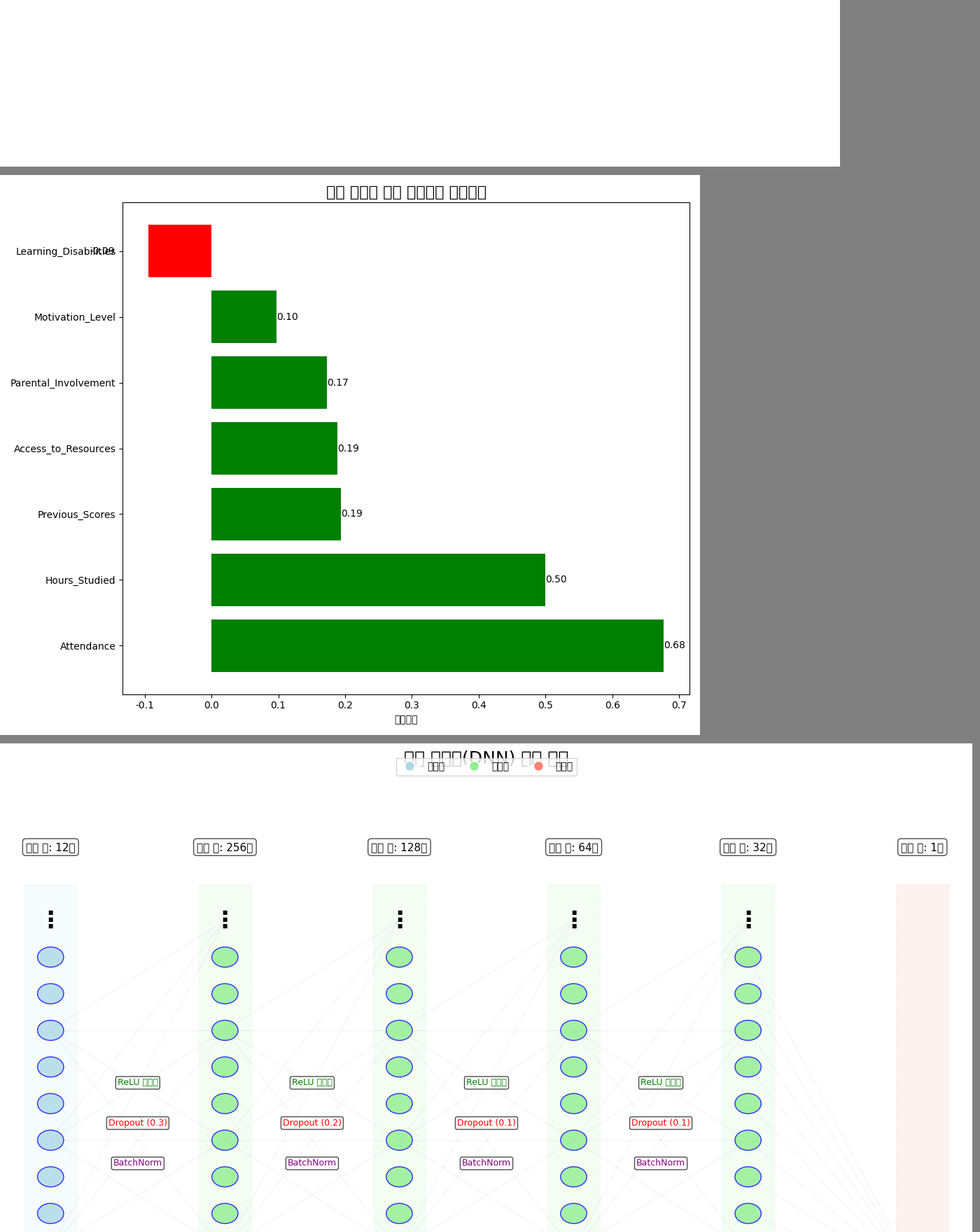
Repository: dldnwls07/BigDataStudy
Script's output: python src/visualization/create_presentation_visuals_fixed.py
The author's editor kept a copy of each file at every save. The script's output is drawn from the files as they stood at one save, then again after the next save.
The pictures show rows 1942 to 3702 of an output 5988 px tall, at 70% of full size.
Each picture stacks the figures in order, with grey between them; figures that are only written to a file come last. The script is stopped after its 8th figure. Figures wider than 1,400 px are first shrunk to that width. Random numbers start from a fixed seed.

Above is the script's output before, as saved 2025-06-19 21:30:18.

### src/visualization/create_presentation_visuals_fixed.py
import pandas as pd
import matplotlib.pyplot as plt
import matplotlib.font_manager as fm
import seaborn as sns
import numpy as np
import os
import sys
import io

# 한글 출력을 위한 인코딩 설정
sys.stdout = io.TextIOWrapper(sys.stdout.buffer, encoding='utf-8')

# 한글 폰트 설정
# Windows 기본 폰트인 맑은 고딕 사용
plt.rcParams['font.family'] = 'Malgun Gothic'
plt.rcParams['axes.unicode_minus'] = False  # 마이너스 기호 깨짐 방지

# 출력 디렉토리 생성
output_dir = "output/picture/presentation"
os.makedirs(output_dir, exist_ok=True)

# 데이터 불러오기
try:
    train_data = pd.read_csv("data/processed_data/TrainFactors.csv")
    test_data = pd.read_csv("data/processed_data/TestFactors.csv")
    print("데이터 로드 완료")
except Exception as e:
    print(f"데이터 로드 중 오류 발생: {e}")

# 데이터셋 기본 통계량 시각화
def create_dataset_summary(data, output_path):
    try:
        # 수치형 변수만 선택
        numeric_data = data.select_dtypes(include=['number'])

        # 기본 통계량 계산 및 소수점 자리 제한
        stats = numeric_data.describe().T.round(3)  # 소수점 3자리로 제한
        stats['missing'] = numeric_data.isnull().sum()
        stats['dtype'] = numeric_data.dtypes

        # 컬럼 이름을 더 짧게 수정
        stats = stats.rename_axis("변수명")

        # 그림 크기 설정 (더 넓게 조정)
        plt.figure(figsize=(16, 10))
        ax = plt.subplot(111)
        ax.axis('off')

        # 테이블 생성
        table_data = stats.reset_index()
        table_cols = ['변수명', 'count', 'mean', 'std', 'min', '25%', '50%', '75%', 'max', 'missing', 'dtype']

        # 테이블 텍스트 데이터 처리 (긴 문자열 줄임 처리)
        cell_text = []
        for row in table_data[table_cols].values:
            cell_text.append([str(x)[:10] if isinstance(x, str) and len(str(x)) > 10 else x for x in row])

        table = ax.table(cellText=cell_text,
                         colLabels=table_cols,
                         loc='center',
                         cellLoc='center')

        # 테이블 스타일 설정
        table.auto_set_font_size(False)
        table.set_fontsize(8)  # 글자 크기 줄임
        table.scale(1.2, 2.0)  # 가로와 세로 비율 늘림

        # 컬럼 너비 조정
        cell_dict = table.get_celld()
        for i in range(0, len(table_cols)):
            cell_dict[(0, i)].set_height(0.15)
            cell_dict[(0, i)].set_fontsize(9)
            cell_dict[(0, i)].set_text_props(weight='bold')

        # 데이터가 10개 이상이면 일부만 표시
        max_rows = 10
        if len(table_data) > max_rows:
            plt.figtext(0.5, 0.01, f"* 전체 {len(table_data)}개 변수 중 상위 {max_rows}개만 표시됨", ha='center', fontsize=9)

        plt.title('데이터셋 기본 통계량', fontsize=16)
        plt.tight_layout(rect=[0, 0.03, 1, 0.97])  # 여백 조정
        plt.savefig(output_path, dpi=300, bbox_inches='tight')
        plt.close()
        print(f"1. 데이터셋 기본 통계량 시각화 완료: {output_path}")
    except Exception as e:
        print(f"데이터셋 기본 통계량 시각화 중 오류 발생: {e}")

# 데이터 분포 시각화
def create_distribution_plots(data, output_path):
    try:
        # 수치형 변수 선택
        numeric_cols = data.select_dtypes(include=['number']).columns

        # 변수 수에 따라 행과 열 계산
        n_cols = len(numeric_cols)
        n_rows = (n_cols // 3) + (1 if n_cols % 3 > 0 else 0)

        # 그래프 생성
        fig, axes = plt.subplots(n_rows, 3, figsize=(15, n_rows * 4))
        axes = axes.flatten()

        for i, col in enumerate(numeric_cols):
            if i < len(axes):
                sns.histplot(data[col], kde=True, ax=axes[i])
                axes[i].set_title(f'{col} 분포')
                axes[i].set_xlabel(col)
                axes[i].set_ylabel('빈도')

        # 남은 축 숨기기
        for i in range(len(numeric_cols), len(axes)):
            axes[i].axis('off')

        plt.tight_layout()
        plt.savefig(output_path, dpi=300)
        plt.close()
        print(f"2. 데이터 분포 시각화 완료: {output_path}")
    except Exception as e:
        print(f"데이터 분포 시각화 중 오류 발생: {e}")

# 데이터 처리 과정 시각화
def create_data_pipeline_visualization(output_path):
    try:
        plt.figure(figsize=(12, 6))
        ax = plt.subplot(111)

        # 파이프라인 단계들
        steps = ['원본 데이터\nStudentPerformanceFactors.csv',
                 '중요 요인 추출\nImportantFactors.csv',
                 '이상치 제거\nImportantFactors_no_outliers.csv',
                 '데이터 분할\nTrainFactors.csv\nTestFactors.csv']

        # 박스 위치
        positions = np.arange(len(steps)) * 3

        # 박스 그리기
        for i, (pos, step) in enumerate(zip(positions, steps)):
            rect = plt.Rectangle((pos, 0.5), 2, 1, facecolor='skyblue', alpha=0.8)
            ax.add_patch(rect)
            ax.text(pos + 1, 1, step, ha='center', va='center', fontsize=10)

            # 화살표 그리기
            if i < len(steps) - 1:
                ax.arrow(pos + 2.1, 1, 0.8, 0, head_width=0.1, head_length=0.1,
                         fc='black', ec='black')

        ax.set_xlim(-0.5, max(positions) + 2.5)
        ax.set_ylim(0, 2)
        ax.set_aspect('equal')
        ax.axis('off')

        plt.title('데이터 처리 파이프라인', fontsize=16)
        plt.tight_layout()
        plt.savefig(output_path, dpi=300)
        plt.close()
        print(f"3. 데이터 처리 과정 시각화 완료: {output_path}")
    except Exception as e:
        print(f"데이터 처리 과정 시각화 중 오류 발생: {e}")

# 변수 중요도 시각화
def create_feature_importance_visualization(data, output_path):
    try:
        # 범주형 변수 처리 (범주형 변수가 있을 경우에만 실행)
        categorical_cols = data.select_dtypes(include=['object']).columns

        # 데이터 복사본 생성
        data_encoded = data.copy()

        # 범주형 변수 인코딩
        for col in categorical_cols:
            if col in data.columns:
                # 범주형 변수 처리
                if col == 'Learning_Disabilities':
                    data_encoded[col] = data_encoded[col].map({'Yes': 1, 'No': 0})
                elif col in ['Parental_Involvement', 'Motivation_Level', 'Access_to_Resources']:
                    data_encoded[col] = data_encoded[col].map({'High': 2, 'Medium': 1, 'Low': 0})

        # 결측값 처리
        data_encoded = data_encoded.select_dtypes(include=['number']).fillna(0)

        # 상관관계 계산
        target = 'Exam_Score'
        if target in data_encoded.columns:
            correlations = data_encoded.corr()[target].sort_values(ascending=False)
            correlations = correlations.drop(target)  # 타겟 변수 자신 제거

            # 상위 10개 변수 선택 (또는 전체 변수가 10개 미만이면 전체 사용)
            top_count = min(10, len(correlations))
            top_correlations = correlations.abs().nlargest(top_count)
            top_features = top_correlations.index

            plt.figure(figsize=(10, 8))
            colors = ['green' if c > 0 else 'red' for c in correlations[top_features]]

            # 바 차트 생성
            bars = plt.barh(top_features, correlations[top_features], color=colors)

            # 바 위에 값 표시
            for bar in bars:
                width = bar.get_width()
                label_x_pos = width if width > 0 else width - 0.05
                plt.text(label_x_pos, bar.get_y() + bar.get_height()/2, f'{width:.2f}',
                         va='center', ha='left' if width > 0 else 'right', color='black')

            plt.title('시험 점수와 주요 변수들의 상관관계', fontsize=16)
            plt.xlabel('상관계수')
            plt.tight_layout()
            plt.savefig(output_path, dpi=300)
            plt.close()
            print(f"4. 변수 중요도 시각화 완료: {output_path}")
        else:
            print(f"타겟 변수 '{target}'가 데이터에 없습니다")
    except Exception as e:
        print(f"변수 중요도 시각화 중 오류 발생: {e}")

# 신경망 모델 구조 시각화
def create_neural_network_architecture(output_path):
    try:
        plt.figure(figsize=(14, 10))  # 더 큰 그림 크기
        ax = plt.subplot(111)

        # 레이어와 노드 수 정의
        layers = [
            {'name': '입력층', 'nodes': 12, 'color': 'lightblue'},  # 입력 변수 수는 데이터에 맞게 조정
            {'name': '은닉층 1', 'nodes': 256, 'color': 'lightgreen'},
            {'name': '은닉층 2', 'nodes': 128, 'color': 'lightgreen'},
            {'name': '은닉층 3', 'nodes': 64, 'color': 'lightgreen'},
            {'name': '은닉층 4', 'nodes': 32, 'color': 'lightgreen'},
            {'name': '출력층', 'nodes': 1, 'color': 'salmon'}
        ]

        # 각 레이어 위치 계산 (수평 간격 확대)
        layer_width = 2.0  # 레이어 간 간격 증가
        x_positions = [i * layer_width * 2 for i in range(len(layers))]

        # 노드 표시를 위한 높이 계산
        max_visible_nodes = 10  # 실제로 그릴 최대 노드 수

        # 일관된 간격을 위해 고정된 높이 사용
        display_height = 12  # 고정된 표시 높이
        node_radius = 0.3    # 노드 크기 증가

        # 레이어별 박스 그리기
        for i, (x, layer) in enumerate(zip(x_positions, layers)):
            # 레이어 이름 (아래에 배치)
            ax.text(x, -2.0, layer['name'], ha='center', fontsize=13, weight='bold')

            # 레이어 배경박스 그리기 (옵션)
            box_width = 1.2
            box_height = display_height + 1
            rect = plt.Rectangle((x-box_width/2, -1), box_width, box_height,
                                fill=True, alpha=0.1, color=layer['color'],
                                edgecolor='gray', linestyle='--')
            ax.add_patch(rect)

            # 노드 수 텍스트 표시
            ax.text(x, display_height + 1, f'노드 수: {layer["nodes"]}개',
                    ha='center', fontsize=11, bbox=dict(facecolor='white', alpha=0.7, boxstyle='round,pad=0.3'))

            # 노드 그리기 (일부 노드만 그리고 나머지는 생략 표시)
            nodes_to_draw = min(layer['nodes'], max_visible_nodes)

            # 노드 간 간격 계산 (더 넓게)
            if nodes_to_draw <= 1:
                spacing = 0
            else:
                spacing = display_height / (nodes_to_draw + 1)

            for j in range(nodes_to_draw):
                # 노드 위치 계산 (균등 간격)
                y = spacing * (j + 1)

                if nodes_to_draw < layer['nodes'] and j == nodes_to_draw - 1:
                    # 생략 표시
                    ax.text(x, y, '⋮', ha='center', va='center', fontsize=24, weight='bold')
                else:
                    # 노드 그리기 (크기 증가)
                    circle = plt.Circle((x, y), node_radius, facecolor=layer['color'],
                                      edgecolor='blue', alpha=0.8, zorder=10)
                    ax.add_patch(circle)

                # 이전 레이어와 연결선 그리기 (첫 번째 레이어 제외)
                if i > 0:
                    prev_layer = layers[i-1]
                    prev_x = x_positions[i-1]
                    prev_nodes_to_draw = min(prev_layer['nodes'], max_visible_nodes)

                    # 이전 레이어 노드 간격 계산
                    if prev_nodes_to_draw <= 1:
                        prev_spacing = 0
                    else:
                        prev_spacing = display_height / (prev_nodes_to_draw + 1)

                    for k in range(prev_nodes_to_draw):
                        prev_y = prev_spacing * (k + 1)

                        if prev_nodes_to_draw < prev_layer['nodes'] and k == prev_nodes_to_draw - 1:
                            continue  # 생략된 노드는 연결선 그리지 않음

                        # 모든 연결을 그리면 복잡해지므로 일부만 그림
                        if (j % 3 == 0 and k % 3 == 0) or (i == len(layers) - 1) or (nodes_to_draw <= 3):
                            ax.plot([prev_x, x], [prev_y, y], 'gray', alpha=0.15, linewidth=0.5, zorder=1)

            # 활성화 함수와 Dropout 표시 (별도의 텍스트 박스로)
            if 0 < i < len(layers) - 1:
                params = [
                    {'text': 'ReLU 활성화', 'color': 'green', 'y_offset': 0},
                    {'text': f'Dropout ({0.3 if i==1 else 0.2 if i==2 else 0.1})', 'color': 'red', 'y_offset': -1.2},
                    {'text': 'BatchNorm', 'color': 'purple', 'y_offset': -2.4}
                ]

                for param in params:
                    # 레이어 사이에 텍스트 배치
                    mid_x = (x_positions[i-1] + x) / 2
                    ax.text(mid_x, display_height/2 + param['y_offset'], param['text'],
                            ha='center', color=param['color'], fontsize=9,
                            bbox=dict(facecolor='white', alpha=0.7, boxstyle='round,pad=0.2'),
                            rotation=0, zorder=20)

        ax.set_xlim(-1.0, max(x_positions) + 1.0)
        ax.set_ylim(-3.0, display_height + 3)
        ax.axis('off')

        # 범례 추가
        legend_elements = [
            plt.Line2D([0], [0], marker='o', color='w', markerfacecolor='lightblue', markersize=10, label='입력층'),
            plt.Line2D([0], [0], marker='o', color='w', markerfacecolor='lightgreen', markersize=10, label='은닉층'),
            plt.Line2D([0], [0], marker='o', color='w', markerfacecolor='salmon', markersize=10, label='출력층')
        ]
        ax.legend(handles=legend_elements, loc='upper center', ncol=3, frameon=True, bbox_to_anchor=(0.5, 1.05))

        # 추가 설명
        plt.figtext(0.5, 0.02, '* 실제 구현된 DNN 모델의 구조를 간략화하여 표현한 다이어그램',
                  ha='center', fontsize=10, style='italic')

        plt.title('심층 신경망(DNN) 모델 구조', fontsize=18, pad=20)
        plt.tight_layout(rect=[0, 0.03, 1, 0.97])  # 여백 조정
        plt.savefig(output_path, dpi=300, bbox_inches='tight')
        plt.close()
        print(f"5. 신경망 모델 구조 시각화 완료: {output_path}")
    except Exception as e:
        print(f"신경망 모델 구조 시각화 중 오류 발생: {e}")

# 모델 성능 평가 지표 시각화
def create_model_performance_visualization(output_path):
    try:
        # 성능 지표 (실제 값으로 대체)
        metrics = {
            'R² Score': 0.7803,
            'MSE': 2.2863,
            'MAE': 1.2064,
            'MAPE (%)': 1.80
        }

        plt.figure(figsize=(10, 6))

        # 바 차트 생성
        bars = plt.bar(metrics.keys(), metrics.values(), color=['green', 'red', 'orange', 'purple'])

        # 바 위에 값 표시
        for bar in bars:
            height = bar.get_height()
            plt.text(bar.get_x() + bar.get_width()/2., height + 0.05,
                    f'{height:.4f}', ha='center', va='bottom')

        plt.title('모델 성능 평가 지표', fontsize=16)
        plt.ylabel('값')
        plt.ylim(0, max(metrics.values()) * 1.2)  # 여유 공간 확보

        # 각 지표에 대한 설명 추가
        descriptions = {
            'R² Score': '설명된 분산 비율\n(높을수록 좋음)',
            'MSE': '평균 제곱 오차\n(낮을수록 좋음)',
            'MAE': '평균 절대 오차\n(낮을수록 좋음)',
            'MAPE (%)': '평균 절대 백분율 오차\n(낮을수록 좋음)'
        }

        for i, (metric, desc) in enumerate(descriptions.items()):
            plt.annotate(desc, xy=(i, 0), xytext=(i, -0.2),
                       ha='center', va='top', fontsize=8)

        plt.tight_layout()
        plt.savefig(output_path, dpi=300)
        plt.close()
        print(f"6. 모델 성능 평가 지표 시각화 완료: {output_path}")
    except Exception as e:
        print(f"모델 성능 평가 지표 시각화 중 오류 발생: {e}")

# 주요 발견점 및 시사점 인포그래픽
def create_key_findings_visualization(output_path):
    try:
        plt.figure(figsize=(12, 8))
        ax = plt.subplot(111)
        ax.axis('off')

        # 배경색 설정
        fig = plt.gcf()
        fig.patch.set_facecolor('#f5f5f5')

        # 제목
        plt.text(0.5, 0.95, '주요 발견점 및 시사점', fontsize=18, ha='center', weight='bold')

        # 주요 발견점
        findings = [
            "공부 시간은 성적과 강한 양의 상관관계 (r=0.65)",
            "이전 시험 성적은 현재 성적의 가장 강력한 예측 변수 (r=0.78)",
            "높은 학습 의욕은 성적 향상에 중요한 요소",
            "학습 자원 접근성이 높을수록 성적이 좋음",
            "부모 참여도가 높을수록 공부 시간 효율이 증가"
        ]

        # 교육적 시사점
        implications = [
            "학생 의욕 고취 및 자원 접근성 개선이 중요",
            "가정-학교 연계 프로그램 개발 필요",
            "초기 학업 부진 학생 조기 식별 및 개입",
            "맞춤형 학습 지원 시스템 개발 가능성",
            "데이터 기반 교육 의사결정의 효과 입증"
        ]

        # 왼쪽 컬럼: 주요 발견점
        plt.text(0.25, 0.85, '주요 발견점', fontsize=14, ha='center', weight='bold')
        for i, finding in enumerate(findings):
            y_pos = 0.8 - i * 0.07
            plt.text(0.05, y_pos, f"• {finding}", fontsize=11, ha='left')

        # 오른쪽 컬럼: 교육적 시사점
        plt.text(0.75, 0.85, '교육적 시사점', fontsize=14, ha='center', weight='bold')
        for i, implication in enumerate(implications):
            y_pos = 0.8 - i * 0.07
            plt.text(0.55, y_pos, f"• {implication}", fontsize=11, ha='left')

        # 하단: 모델 성능 요약
        plt.text(0.5, 0.45, '모델 성능', fontsize=14, ha='center', weight='bold')
        plt.text(0.5, 0.4, 'R² = 0.78, MAPE = 1.80%의 높은 예측 정확도', fontsize=12, ha='center')

        # 분할선
        plt.axhline(y=0.5, xmin=0.05, xmax=0.95, color='gray', alpha=0.3, linestyle='-')
        plt.axvline(x=0.5, ymin=0.55, ymax=0.9, color='gray', alpha=0.3, linestyle='-')

        # 결론
        plt.text(0.5, 0.35, '결론', fontsize=14, ha='center', weight='bold')
        plt.text(0.5, 0.3, '학생 성적은 다양한 요인들의 복합적 영향을 받으며,', fontsize=11, ha='center')
        plt.text(0.5, 0.25, '이를 통합적으로 고려한 데이터 기반 교육 지원이 필요하다.', fontsize=11, ha='center')
        plt.text(0.5, 0.2, '심층 신경망 기반 예측 모델은 학생 성취도 예측에 높은 정확도를 보여,', fontsize=11, ha='center')
        plt.text(0.5, 0.15, '개인화된 학습 지원 시스템 구축의 가능성을 제시한다.', fontsize=11, ha='center')

        plt.tight_layout()
        plt.savefig(output_path, dpi=300, bbox_inches='tight')
        plt.close()
        print(f"7. 주요 발견점 및 시사점 인포그래픽 완료: {output_path}")
    except Exception as e:
        print(f"주요 발견점 및 시사점 인포그래픽 생성 중 오류 발생: {e}")

# 학습 데이터와 테스트 데이터의 분포 비교
def create_train_test_distribution_comparison(train_data, test_data, output_path):
    try:
        plt.figure(figsize=(10, 6))

        # 히스토그램 그리기
        plt.hist(train_data['Exam_Score'], bins=20, alpha=0.5, label='학습 데이터', color='blue')
        plt.hist(test_data['Exam_Score'], bins=20, alpha=0.5, label='테스트 데이터', color='orange')

        plt.title('학습 데이터와 테스트 데이터의 시험 점수 분포 비교', fontsize=14)
        plt.xlabel('시험 점수')
        plt.ylabel('빈도')
        plt.legend()
        plt.grid(True, alpha=0.3)

        plt.tight_layout()
        plt.savefig(output_path, dpi=300)
        plt.close()
        print(f"8. 학습/테스트 데이터 분포 비교 완료: {output_path}")
    except Exception as e:
        print(f"학습/테스트 데이터 분포 비교 생성 중 오류 발생: {e}")

# 실행
if __name__ == "__main__":
    try:
        # 1. 데이터셋 기본 통계량
        create_dataset_summary(train_data, f"{output_dir}/dataset_summary.png")

        # 2. 변수 분포 히스토그램
        create_distribution_plots(train_data, f"{output_dir}/variable_distributions.png")

        # 3. 데이터 처리 과정 시각화
        create_data_pipeline_visualization(f"{output_dir}/data_pipeline.png")

        # 4. 변수 중요도 시각화
        create_feature_importance_visualization(train_data, f"{output_dir}/feature_importance.png")

        # 5. 신경망 구조 시각화
        create_neural_network_architecture(f"{output_dir}/neural_network_architecture.png")

        # 6. 모델 성능 평가 지표
        create_model_performance_visualization(f"{output_dir}/model_performance.png")

        # 7. 주요 발견점 및 시사점
        create_key_findings_visualization(f"{output_dir}/key_findings.png")

        # 8. 학습/테스트 데이터 분포 비교
        create_train_test_distribution_comparison(train_data, test_data, f"{output_dir}/train_test_distribution.png")

        print("모든 시각화 생성 완료!")
    except Exception as e:
        print(f"실행 중 오류 발생: {e}")

Loaded but not shown: data/processed_data/TrainFactors.csv (5203 lines, source omitted); data/processed_data/TestFactors.csv (1302 lines, source omitted)

After the next save:
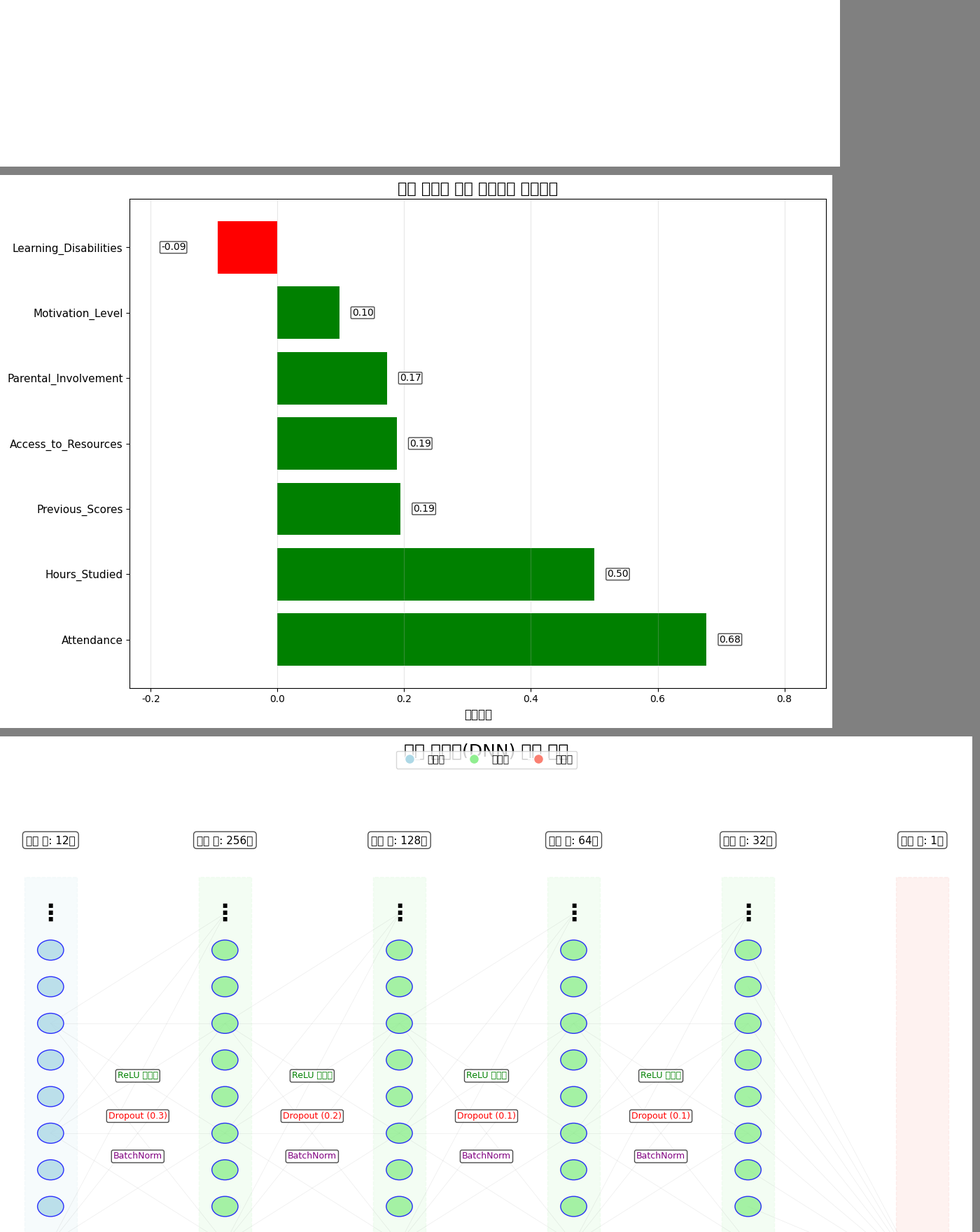
Saved 5 min 53 s later.
--- a/src/visualization/create_presentation_visuals_fixed.py
+++ b/src/visualization/create_presentation_visuals_fixed.py
@@ -188,23 +188,45 @@ def create_feature_importance_visualization(data, output_path):
             top_correlations = correlations.abs().nlargest(top_count)
             top_features = top_correlations.index
 
-            plt.figure(figsize=(10, 8))
+            # 그림 크기 증가 및 여백 확보
+            plt.figure(figsize=(12, 8))
+
+            # 바 차트 생성 (y축 글꼴 크기 조정)
             colors = ['green' if c > 0 else 'red' for c in correlations[top_features]]
-
-            # 바 차트 생성
             bars = plt.barh(top_features, correlations[top_features], color=colors)
 
-            # 바 위에 값 표시
+            # y축 라벨 폰트 크기 및 색상 조정
+            plt.yticks(fontsize=11)
+
+            # 바 위에 값 표시 (위치 및 여백 조정)
             for bar in bars:
                 width = bar.get_width()
-                label_x_pos = width if width > 0 else width - 0.05
-                plt.text(label_x_pos, bar.get_y() + bar.get_height()/2, f'{width:.2f}',
-                         va='center', ha='left' if width > 0 else 'right', color='black')
-
+                if width > 0:
+                    # 양수 값은 바 오른쪽에 표시
+                    label_x_pos = width + 0.02  # 바 끝에서 약간 떨어진 위치
+                    plt.text(label_x_pos, bar.get_y() + bar.get_height()/2, f'{width:.2f}',
+                            va='center', ha='left', color='black', fontsize=10,
+                            bbox=dict(facecolor='white', alpha=0.7, pad=0.1, boxstyle='round'))
+                else:
+                    # 음수 값은 바 왼쪽에 표시
+                    label_x_pos = width - 0.05  # 바 끝에서 약간 떨어진 위치
+                    plt.text(label_x_pos, bar.get_y() + bar.get_height()/2, f'{width:.2f}',
+                            va='center', ha='right', color='black', fontsize=10,
+                            bbox=dict(facecolor='white', alpha=0.7, pad=0.1, boxstyle='round'))
+
+            # 제목 및 라벨 설정
             plt.title('시험 점수와 주요 변수들의 상관관계', fontsize=16)
-            plt.xlabel('상관계수')
+            plt.xlabel('상관계수', fontsize=12)
+
+            # x축 범위 조정 (여백 추가)
+            x_min, x_max = plt.xlim()
+            plt.xlim(x_min - 0.1, x_max + 0.15)  # 오른쪽에 더 많은 여백 추가
+
+            # 그리드 추가하여 가독성 향상
+            plt.grid(axis='x', alpha=0.3)
+
             plt.tight_layout()
-            plt.savefig(output_path, dpi=300)
+            plt.savefig(output_path, dpi=300, bbox_inches='tight')
             plt.close()
             print(f"4. 변수 중요도 시각화 완료: {output_path}")
         else:
